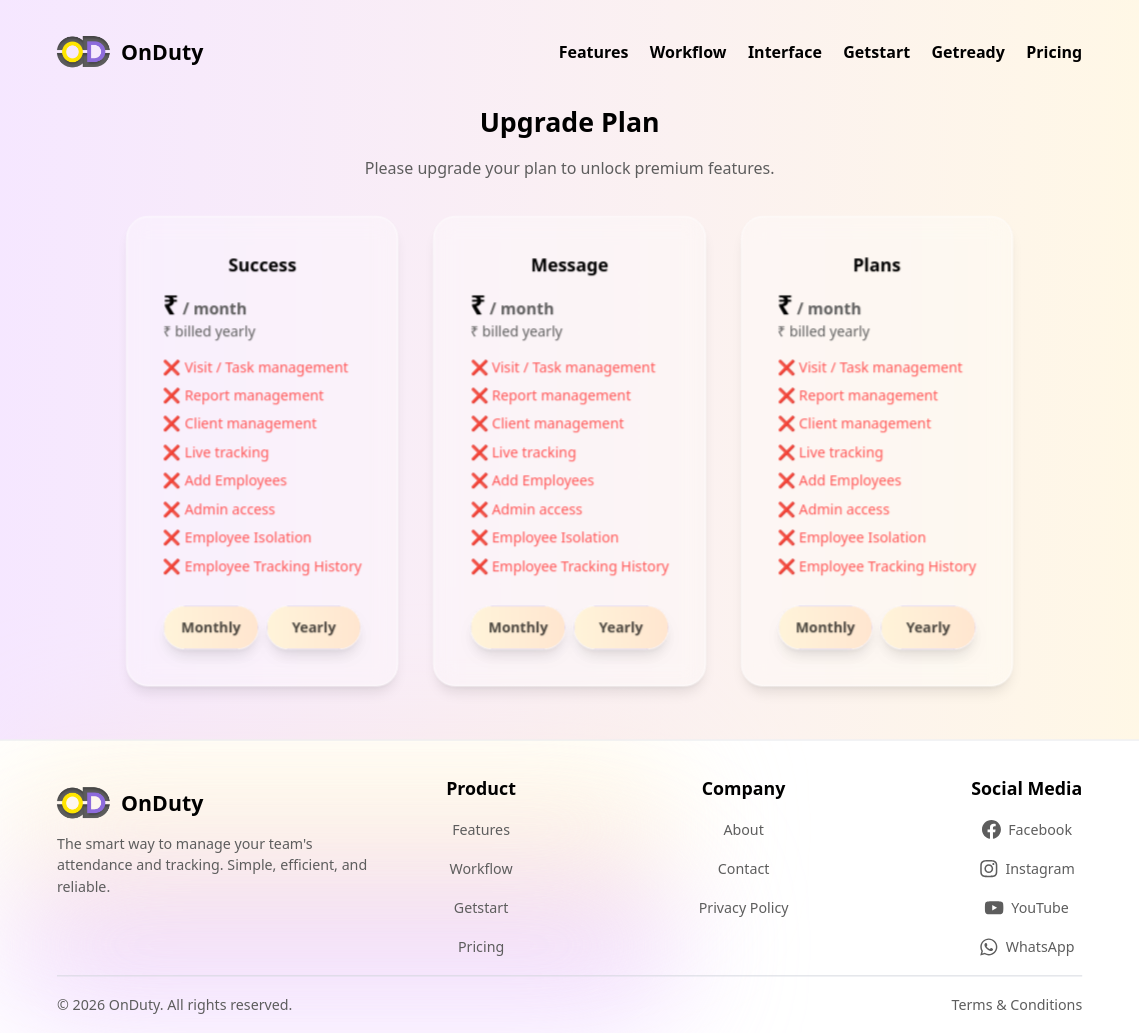
Repository: shekharzorin/ONDUTY-V1
Page: /pricing
These files come from the project's save history. The page is drawn as it stood at one moment and after the next save; the edit follows.
The browser window is 1280 px wide. The pictures show the whole page, at 89% of full size.
The page's requests for data from a server got no answer. The project was rebuilt for these pictures with package versions that can differ from the ones it lists, and the page was loaded fresh each time. The framework's server and built-in components were replaced by stand-ins that run in the browser. No one was signed in, and anything a server would have sent is missing. Also part of the build but not shown: next.config.mjs, vite.config.js, app/components/ui/Crossicon.tsx.

Above is the page before, as saved 2026-01-17 16:48:02.

After the next save:
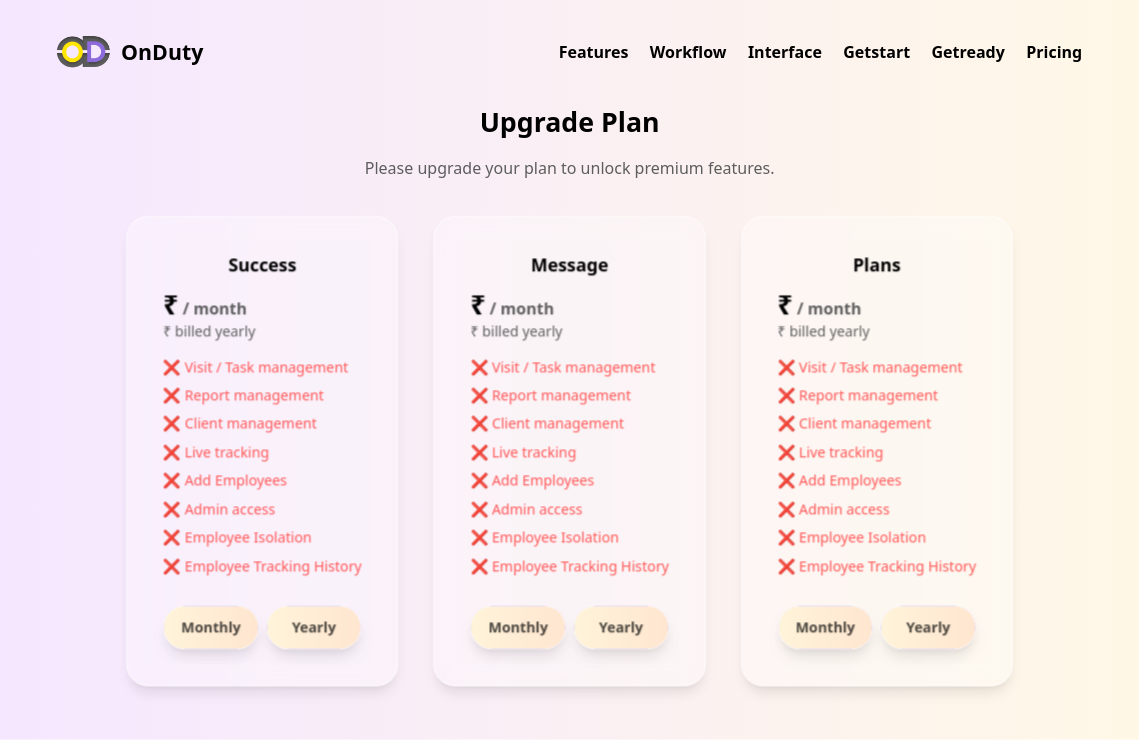
Saved 35 s later.
--- a/app/pricing/page.tsx
+++ b/app/pricing/page.tsx
@@ -1,13 +1,7 @@
-import Footer from "../components/footer/footer";
 import Pricing from "../components/sections/pricing";
 
 const page = () => {
-  return (
-    <div className="flex flex-col items-center justify-center">
-      <Pricing />
-      <Footer />
-    </div>
-  );
+  return <Pricing />;
 };
 
 export default page;
